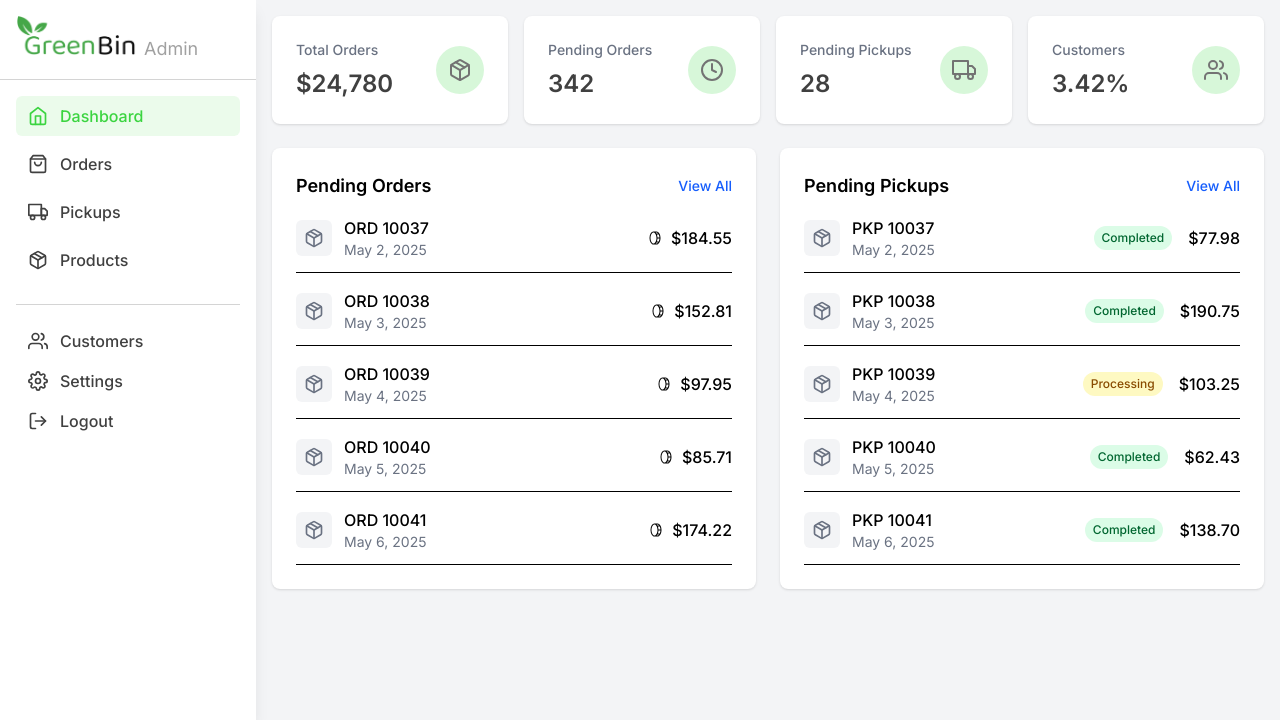
Repository: Siddhu123456/Plastic-Waste-Management
Page: /dashboard (app in frontend/)
The author's editor kept a copy of each file at every save. The page is drawn from the files as they stood at one save, then again after the next save.
The browser window is 1280 px wide. The pictures show the whole page.
The page's requests for data from a server got no answer. The project was rebuilt for these pictures with package versions that can differ from the ones it lists, and the page was loaded fresh each time. No one was signed in, and anything a server would have sent is missing. Also part of the build but not shown: frontend/vite.config.js, frontend/src/components/ProductCard.jsx, frontend/src/components/TrendingProductsCarousel.jsx, frontend/src/pages/Home.jsx, frontend/src/components/FilterBar.jsx, frontend/src/components/Loader.jsx, frontend/src/pages/customer/Shop.jsx, frontend/src/pages/customer/Recycle.jsx and 22 more. Imported but missing from the stored project, and not drawn on this page: frontend/src/pages/Help, frontend/src/pages/customer/WishList.

Above is the page before, as saved 2025-05-06 22:05:05.

After the next save:
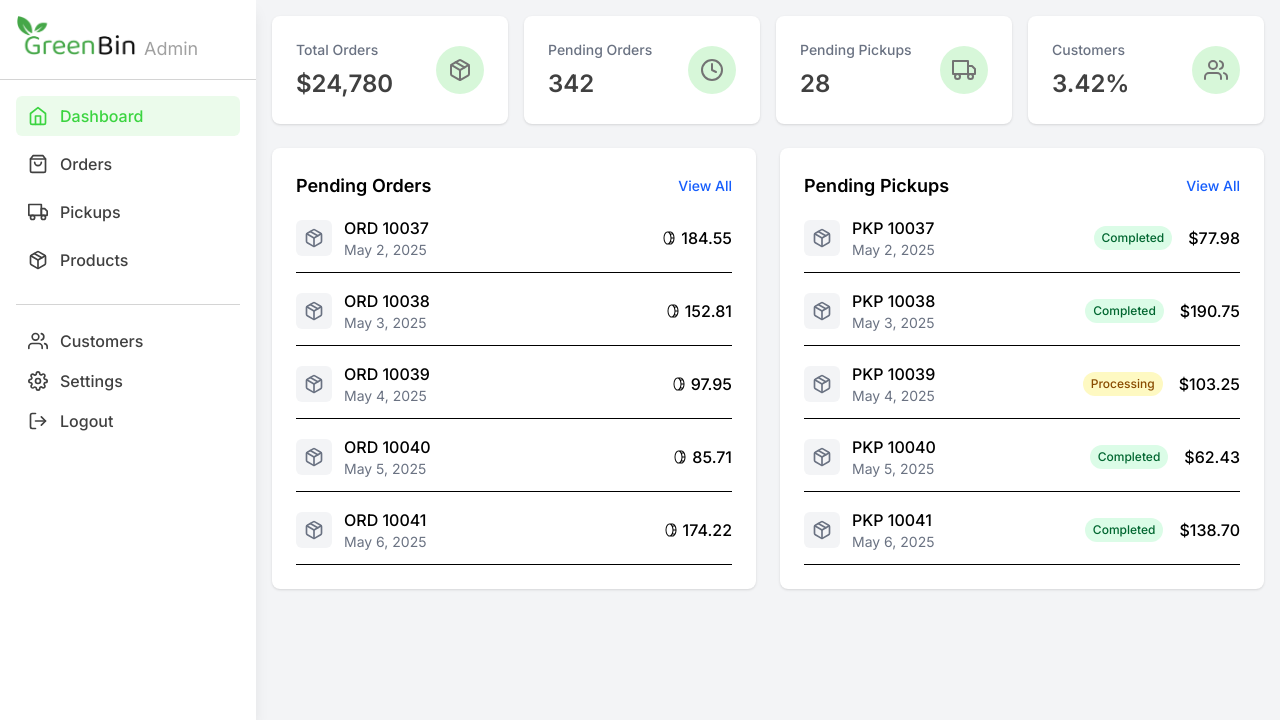
Saved 21 s later.
--- a/frontend/src/pages/admin/Dashboard.jsx
+++ b/frontend/src/pages/admin/Dashboard.jsx
@@ -81,7 +81,7 @@ import { PiCoinVertical } from 'react-icons/pi';
                   </div>
                   <div className="flex items-center">
                     <PiCoinVertical />
-                    <span className="ml-2 font-medium">${(Math.random() * 200 + 50).toFixed(2)}</span>
+                    <span className="ml-1 font-medium">{(Math.random() * 200 + 50).toFixed(2)}</span>
                   </div>
                 </div>
               ))}
